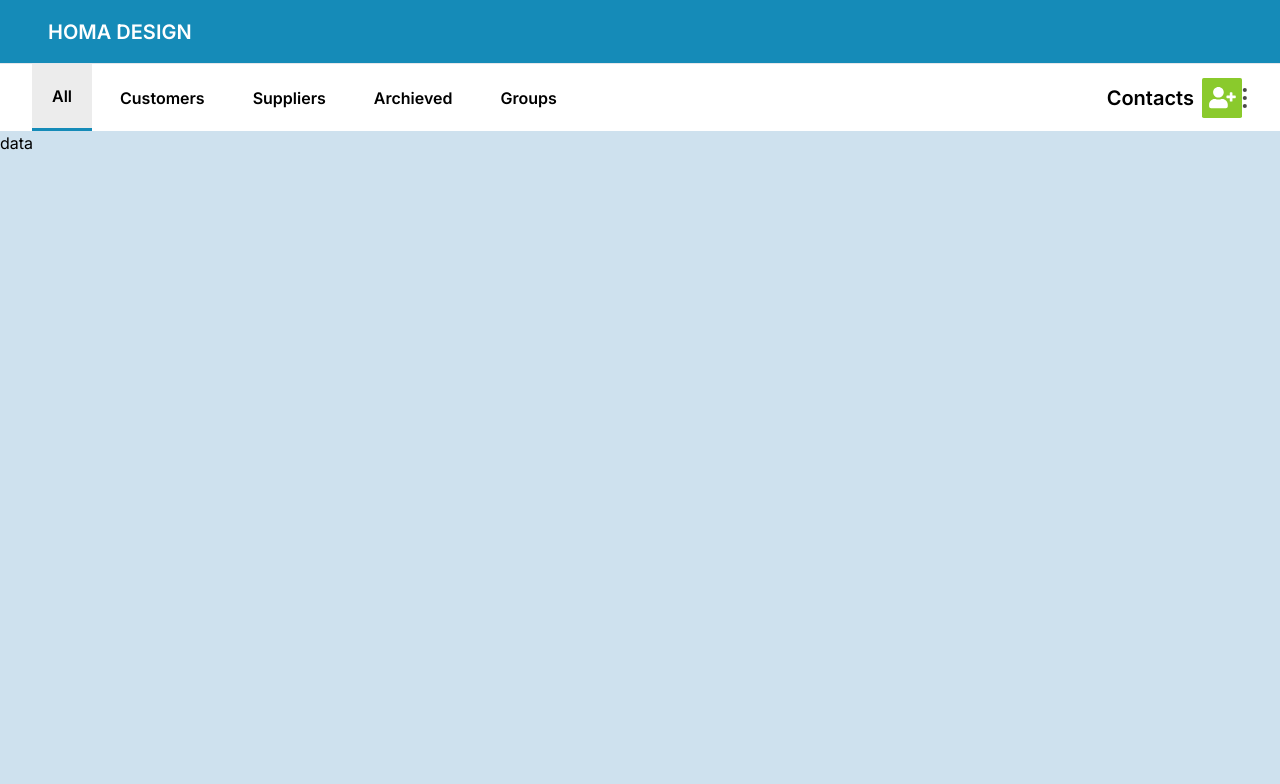
Repository: khairul35/homa-FE
Page: /contact
An editor plug-in stored every save of this project. The page is shown before and after the next save, followed by the edit.
The browser window is 1280 px wide. The pictures show the whole page.
The project was rebuilt for these pictures with package versions that can differ from the ones it lists, and the page was loaded fresh each time. The framework's server and built-in components were replaced by stand-ins that run in the browser. Also part of the build but not shown: next.config.js, app/components/layout/header/BusinessMenu.tsx, app/components/layout/header/CompanyMenu.tsx.

Above is the page before, as saved 2024-01-06 09:59:06.

After the next save:
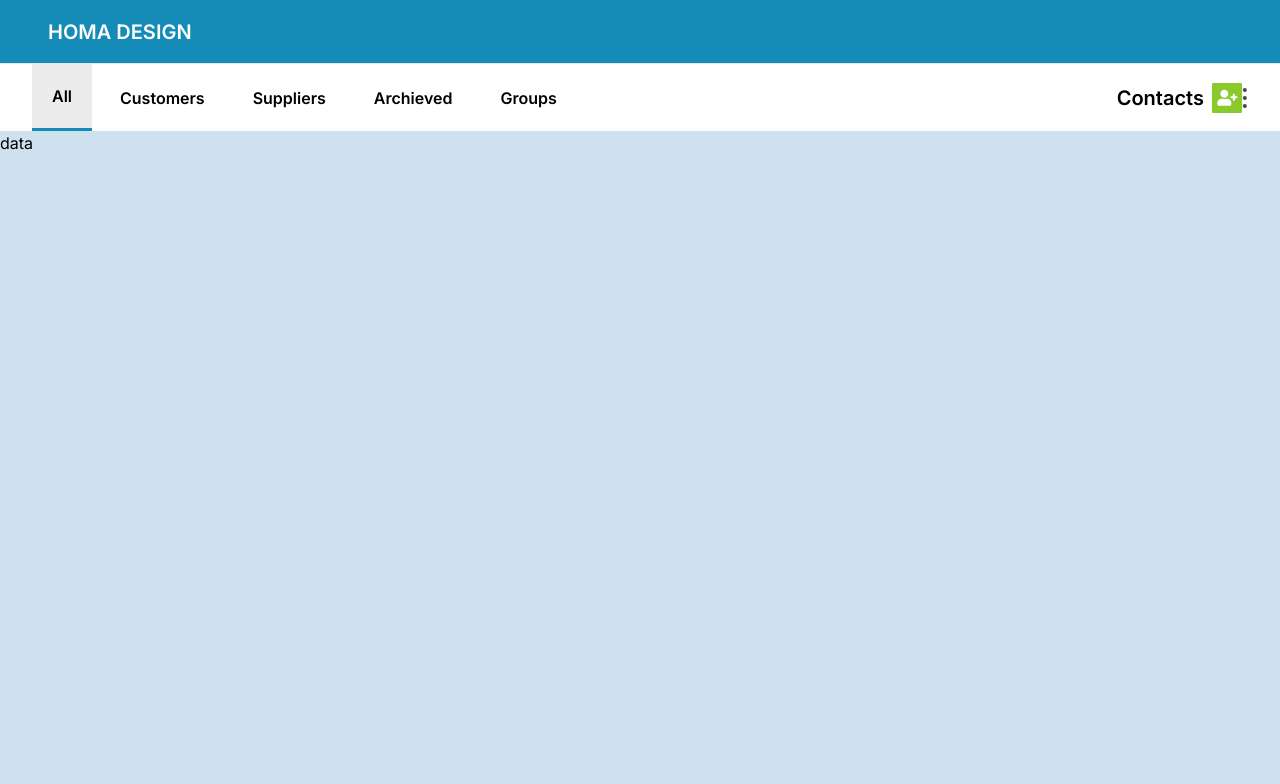
Saved 7 s later.
--- a/app/contact/index.component.tsx
+++ b/app/contact/index.component.tsx
@@ -56,7 +56,7 @@ const Component = (props: ComponentProps) => {
                                     Contacts
                                 </h2>
                                 <div className="flex items-center ml-2">
-                                    <svg xmlns="http://www.w3.org/2000/svg" width="40" height="40" viewBox="0 0 45 45" fill="none">
+                                    <svg xmlns="http://www.w3.org/2000/svg" width="30" height="30" viewBox="0 0 45 45" fill="none">
                                         <rect width="45" height="45" rx="2" fill="#8ACA2C"/>
                                         <path d="M37.25 19.75H34.25V16.75C34.25 16.3375 33.9125 16 33.5 16H32C31.5875 16 31.25 16.3375 31.25 16.75V19.75H28.25C27.8375 19.75 27.5 20.0875 27.5 20.5V22C27.5 22.4125 27.8375 22.75 28.25 22.75H31.25V25.75C31.25 26.1625 31.5875 26.5 32 26.5H33.5C33.9125 26.5 34.25 26.1625 34.25 25.75V22.75H37.25C37.6625 22.75 38 22.4125 38 22V20.5C38 20.0875 37.6625 19.75 37.25 19.75ZM18.5 22C21.8141 22 24.5 19.3141 24.5 16C24.5 12.6859 21.8141 10 18.5 10C15.1859 10 12.5 12.6859 12.5 16C12.5 19.3141 15.1859 22 18.5 22ZM22.7 23.5H21.9172C20.8766 23.9781 19.7188 24.25 18.5 24.25C17.2812 24.25 16.1281 23.9781 15.0828 23.5H14.3C10.8219 23.5 8 26.3219 8 29.8V31.75C8 32.9922 9.00781 34 10.25 34H26.75C27.9922 34 29 32.9922 29 31.75V29.8C29 26.3219 26.1781 23.5 22.7 23.5Z" fill="white"/>
                                     </svg>
